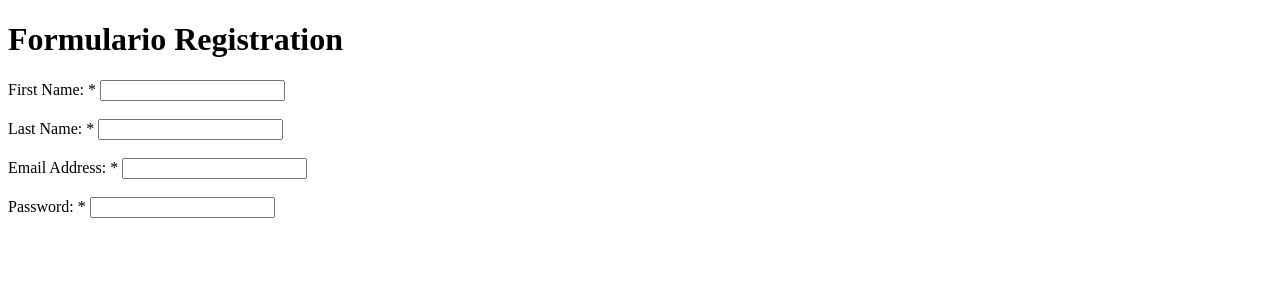
Repository: Fredy452/Fundamentos_de_la_Web
Page: Trabajos/Formulario/index.html
An editor plug-in stored every save of this project. The page is shown before and after the next save, followed by the edit.
The browser window is 1280 px wide. The pictures show the whole page.

Above is the page before, as saved 2023-06-14 18:05:51.

After the next save:
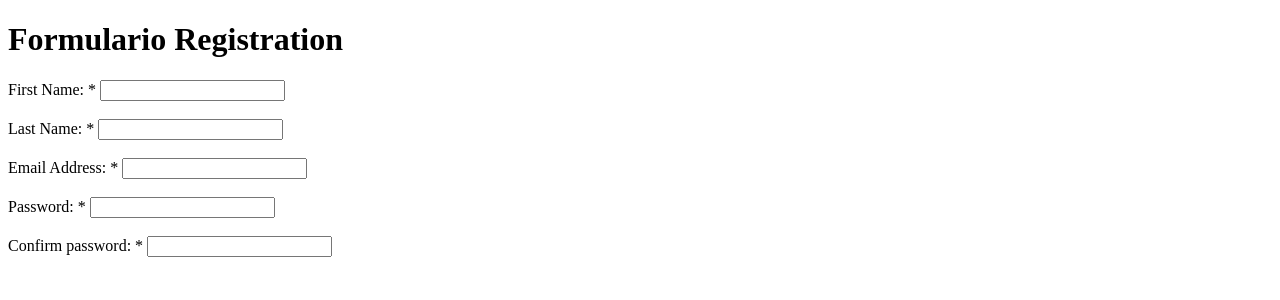
Saved 60 s later.
--- a/Trabajos/Formulario/index.html
+++ b/Trabajos/Formulario/index.html
@@ -9,13 +9,20 @@
     <h1>Formulario Registration</h1>
     <form method="post">
         <label for="name">First Name: *</label>
-        <input type="text" name="name" id="name"><br><br>
+        <input type="text" name="name" id="name">
+        <br><br>
         <label for="lastName">Last Name: *</label>
-        <input type="text" name="lastName" id="lastName"><br><br>
+        <input type="text" name="lastName" id="lastName">
+        <br><br>
         <label for="email">Email Address: *</label>
-        <input type="email" name="email" id="email"><br><br>
+        <input type="email" name="email" id="email">
+        <br><br>
         <label for="password">Password: *</label>
         <input type="password" name="password" id="password">
+        <br><br>
+        <label for="confirmPassword">Confirm password: *</label>
+        <input type="confirmPassword" name="confirmPassword" id="confirmPassword">
+        <br><br>
     </form>
 </body>
 </html>
